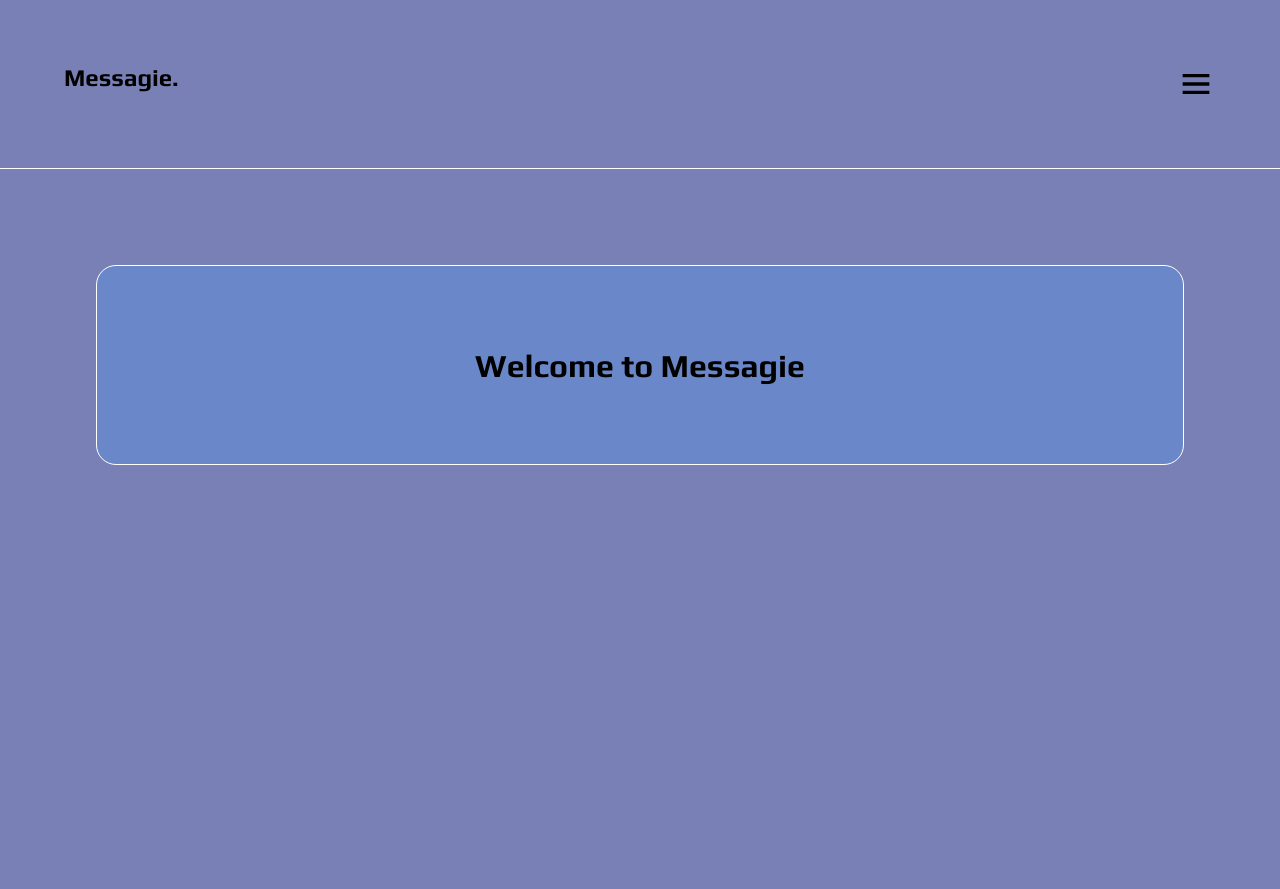
Repository: shaelorch/typeytalkey
Page: /
An editor plug-in stored every save of this project. The page is shown before and after the next save, followed by the edit.
The browser window is 1280 px wide. The pictures show the whole page.
The project was rebuilt for these pictures with package versions that can differ from the ones it lists, and the page was loaded fresh each time. The framework's server and built-in components were replaced by stand-ins that run in the browser. Also part of the build but not shown: next.config.js.

Above is the page before, as saved 2023-02-24 15:03:51.

### src/pages/index.js
import Head from 'next/head'
import Image from 'next/image'
import { Inter } from '@next/font/google'
import styles from '@/styles/Home.module.css'
import Logo from 'comps/Logo'

const inter = Inter({ subsets: ['latin'] })

export default function Home() {
  return (
    <>
      <Head>
        <title>Create Next App</title>
        <meta name="description" content="Generated by create next app" />
        <meta name="viewport" content="width=device-width, initial-scale=1" />
        <link rel="icon" href="/favicon.ico" />
      </Head>
      <Logo/>
      <main className={styles.main}>

        <div style={{backgroundColor:"#6987C9", width:"100%",
      height:200, borderRadius:20, display:'flex', justifyContent:'center', textAlign:'center', alignItems:'center', border:"1px solid #ffffff"}}>
        <h1>Welcome to Messagie </h1>
        </div>

      </main>
    </>
  )
}

### src/styles/globals.css
@import url('https://fonts.googleapis.com/css2?family=Play:wght@400;700&display=swap');

:root {
  --max-width: 1100px;
  --border-radius: 12px;
  --font-mono: ui-monospace, Menlo, Monaco, 'Cascadia Mono', 'Segoe UI Mono',
    'Roboto Mono', 'Oxygen Mono', 'Ubuntu Monospace', 'Source Code Pro',
    'Fira Mono', 'Droid Sans Mono', 'Courier New', monospace;

  --foreground-rgb: 0, 0, 0;
  --background-start-rgb: 214, 219, 220;
  --background-end-rgb: 255, 255, 255;

  --primary-glow: conic-gradient(
    from 180deg at 50% 50%,
    #16abff33 0deg,
    #0885ff33 55deg,
    #54d6ff33 120deg,
    #0071ff33 160deg,
    transparent 360deg
  );
  --secondary-glow: radial-gradient(
    rgba(255, 255, 255, 1),
    rgba(255, 255, 255, 0)
  );

  --tile-start-rgb: 239, 245, 249;
  --tile-end-rgb: 228, 232, 233;
  --tile-border: conic-gradient(
    #00000080,
    #00000040,
    #00000030,
    #00000020,
    #00000010,
    #00000010,
    #00000080
  );

  --callout-rgb: 238, 240, 241;
  --callout-border-rgb: 172, 175, 176;
  --card-rgb: 180, 185, 188;
  --card-border-rgb: 131, 134, 135;
}

@media (prefers-color-scheme: dark) {
  :root {
    --foreground-rgb: 255, 255, 255;
    --background-start-rgb: 0, 0, 0;
    --background-end-rgb: 0, 0, 0;

    --primary-glow: radial-gradient(rgba(1, 65, 255, 0.4), rgba(1, 65, 255, 0));
    --secondary-glow: linear-gradient(
      to bottom right,
      rgba(1, 65, 255, 0),
      rgba(1, 65, 255, 0),
      rgba(1, 65, 255, 0.3)
    );

    --tile-start-rgb: 2, 13, 46;
    --tile-end-rgb: 2, 5, 19;
    --tile-border: conic-gradient(
      #ffffff80,
      #ffffff40,
      #ffffff30,
      #ffffff20,
      #ffffff10,
      #ffffff10,
      #ffffff80
    );

    --callout-rgb: 20, 20, 20;
    --callout-border-rgb: 108, 108, 108;
    --card-rgb: 100, 100, 100;
    --card-border-rgb: 200, 200, 200;
  }
}

* {
  box-sizing: border-box;
  padding: 0;
  margin: 0;
}

html,
body {
  max-width: 100vw;
  overflow-x: hidden;
}

body {
  color: rgb(var(--foreground-rgb));
  background: linear-gradient(
      to bottom,
      transparent,
      rgb(var(--background-end-rgb))
    )
    rgb(var(--background-start-rgb));
}

a {
  color: inherit;
  text-decoration: none;
}

@media (prefers-color-scheme: dark) {
  html {
    color-scheme: dark;
  }
}

### src/styles/Home.module.css
.main {
  display: flex;
  flex-direction: column;
  justify-content: space-between;
  align-items: center;
  padding: 6rem;
  background-color: #7880B5;
  font-family:play, sans-serif;
  min-height: 100vh;
}

.logocont {
  display: flex;
  background-color: #7880B5;
  font-family: play, sans-serif;
  padding:5%;
  border-bottom: 0.5px solid #ffffff;
  flex-direction: row;
  justify-content: space-between;

}
.serverCont {

  display:flex;
    height:50px;
    margin-bottom:20px;
    margin-top:20px;
    color:white;
    width:60%;
    font-weight:bold;
    font-family: play, sans-serif;
    padding:10px;
    border-bottom:1px solid white;
    width:100%;

}
.description {
  display: inherit;
  justify-content: inherit;
  align-items: inherit;
  font-size: 0.85rem;
  max-width: var(--max-width);
  width: 100%;
  z-index: 2;
  font-family: var(--font-mono);
}

.description a {
  display: flex;
  justify-content: center;
  align-items: center;
  gap: 0.5rem;
}

.description p {
  position: relative;
  margin: 0;
  padding: 1rem;
  background-color: rgba(var(--callout-rgb), 0.5);
  border: 1px solid rgba(var(--callout-border-rgb), 0.3);
  border-radius: var(--border-radius);
}

.code {
  font-weight: 700;
  font-family: var(--font-mono);
}

.grid {
  display: grid;
  grid-template-columns: repeat(4, minmax(25%, auto));
  width: var(--max-width);
  max-width: 100%;
}

.card {
  padding: 1rem 1.2rem;
  border-radius: var(--border-radius);
  background: rgba(var(--card-rgb), 0);
  border: 1px solid rgba(var(--card-border-rgb), 0);
  transition: background 200ms, border 200ms;
}

.card span {
  display: inline-block;
  transition: transform 200ms;
}

.card h2 {
  font-weight: 600;
  margin-bottom: 0.7rem;
}

.card p {
  margin: 0;
  opacity: 0.6;
  font-size: 0.9rem;
  line-height: 1.5;
  max-width: 30ch;
}

.center {
  display: flex;
  justify-content: center;
  align-items: center;
  position: relative;
  padding: 4rem 0;
}

.center::before {
  background: var(--secondary-glow);
  border-radius: 50%;
  width: 480px;
  height: 360px;
  margin-left: -400px;
}

.center::after {
  background: var(--primary-glow);
  width: 240px;
  height: 180px;
  z-index: -1;
}

.center::before,
.center::after {
  content: '';
  left: 50%;
  position: absolute;
  filter: blur(45px);
  transform: translateZ(0);
}

.logo,
.thirteen {
  position: relative;
}

.thirteen {
  display: flex;
  justify-content: center;
  align-items: center;
  width: 75px;
  height: 75px;
  padding: 25px 10px;
  margin-left: 16px;
  transform: translateZ(0);
  border-radius: var(--border-radius);
  overflow: hidden;
  box-shadow: 0px 2px 8px -1px #0000001a;
}

.thirteen::before,
.thirteen::after {
  content: '';
  position: absolute;
  z-index: -1;
}

/* Conic Gradient Animation */
.thirteen::before {
  animation: 6s rotate linear infinite;
  width: 200%;
  height: 200%;
  background: var(--tile-border);
}

/* Inner Square */
.thirteen::after {
  inset: 0;
  padding: 1px;
  border-radius: var(--border-radius);
  background: linear-gradient(
    to bottom right,
    rgba(var(--tile-start-rgb), 1),
    rgba(var(--tile-end-rgb), 1)
  );
  background-clip: content-box;
}

/* Enable hover only on non-touch devices */
@media (hover: hover) and (pointer: fine) {
  .card:hover {
    background: rgba(var(--card-rgb), 0.1);
    border: 1px solid rgba(var(--card-border-rgb), 0.15);
  }

  .card:hover span {
    transform: translateX(4px);
  }
}

@media (prefers-reduced-motion) {
  .thirteen::before {
    animation: none;
  }

  .card:hover span {
    transform: none;
  }
}

/* Mobile */
@media (max-width: 700px) {
  .content {
    padding: 4rem;
  }

  .grid {
    grid-template-columns: 1fr;
    margin-bottom: 120px;
    max-width: 320px;
    text-align: center;
  }

  .card {
    padding: 1rem 2.5rem;
  }

  .card h2 {
    margin-bottom: 0.5rem;
  }

  .center {
    padding: 8rem 0 6rem;
  }

  .center::before {
    transform: none;
    height: 300px;
  }

  .description {
    font-size: 0.8rem;
  }

  .description a {
    padding: 1rem;
  }

  .description p,
  .description div {
    display: flex;
    justify-content: center;
    position: fixed;
    width: 100%;
  }

  .description p {
    align-items: center;
    inset: 0 0 auto;
    padding: 2rem 1rem 1.4rem;
    border-radius: 0;
    border: none;
    border-bottom: 1px solid rgba(var(--callout-border-rgb), 0.25);
    background: linear-gradient(
      to bottom,
      rgba(var(--background-start-rgb), 1),
      rgba(var(--callout-rgb), 0.5)
    );
    background-clip: padding-box;
    backdrop-filter: blur(24px);
  }

  .description div {
    align-items: flex-end;
    pointer-events: none;
    inset: auto 0 0;
    padding: 2rem;
    height: 200px;
    background: linear-gradient(
      to bottom,
      transparent 0%,
      rgb(var(--background-end-rgb)) 40%
    );
    z-index: 1;
  }
}

/* Tablet and Smaller Desktop */
@media (min-width: 701px) and (max-width: 1120px) {
  .grid {
    grid-template-columns: repeat(2, 50%);
  }
}

@media (prefers-color-scheme: dark) {
  .vercelLogo {
    filter: invert(1);
  }

  .logo,
  .thirteen img {
    filter: invert(1) drop-shadow(0 0 0.3rem #ffffff70);
  }
}

@keyframes rotate {
  from {
    transform: rotate(360deg);
  }
  to {
    transform: rotate(0deg);
  }
}

### comps/Logo.js
import styles from "src/styles/Home.module.css"
import { BiMenu }  from "react-icons/bi"
import { useState } from "react";
import Link from "next/link";
import {AiOutlineClose} from "react-icons/ai"

export default function Logo() {
    const [open, setOpen] = useState(false);
    const [close, setClose] = useState(false);

    const handleClick = () => {
        setOpen(true);
        console.log("hello");
    }

    const handleClickClose = () => {
            setOpen(false);
    }

    return ( <><div className={styles.logocont}>
        <h2>Messagie.</h2>
        <BiMenu size={40} onClick={handleClick} />
    </div><div style={{display:'flex', justifyContent:'right', backgroundColor:"#7880B5", fontFamily:'play, sans-serif', position:'absolute', right:0}}>
            <div style={{display: open ? "flex" : "none", backgroundColor:'white', height:200, width:250,borderRadius:10, color:"#7880B5", padding:20, flexDirection:'column' }}>
                <AiOutlineClose size={30} style={{marginLeft:"80%"}} onClick={handleClickClose} />
                <Link href="/">Home</Link>
                <Link href="/about">Messages</Link>


            </div>
        </div></>



    )
}

Loaded but not shown: src/pages/_app.js (common file); src/pages/_document.js (common file)

After the next save:
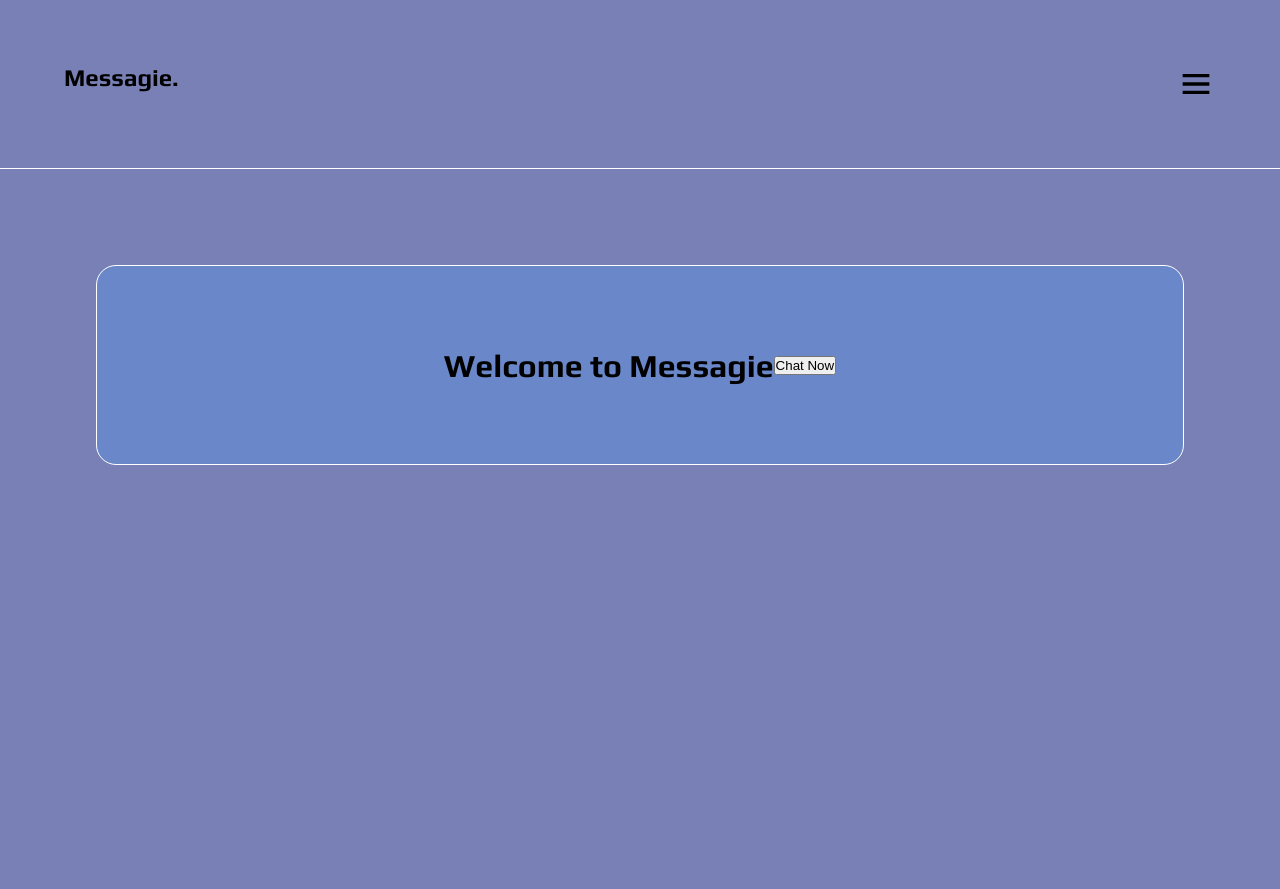
Saved 19 s later.
--- a/src/pages/index.js
+++ b/src/pages/index.js
@@ -21,6 +21,8 @@
         <div style={{backgroundColor:"#6987C9", width:"100%",
       height:200, borderRadius:20, display:'flex', justifyContent:'center', textAlign:'center', alignItems:'center', border:"1px solid #ffffff"}}>
         <h1>Welcome to Messagie </h1>
+
+        <button>Chat Now</button>
         </div>
 
       </main>
